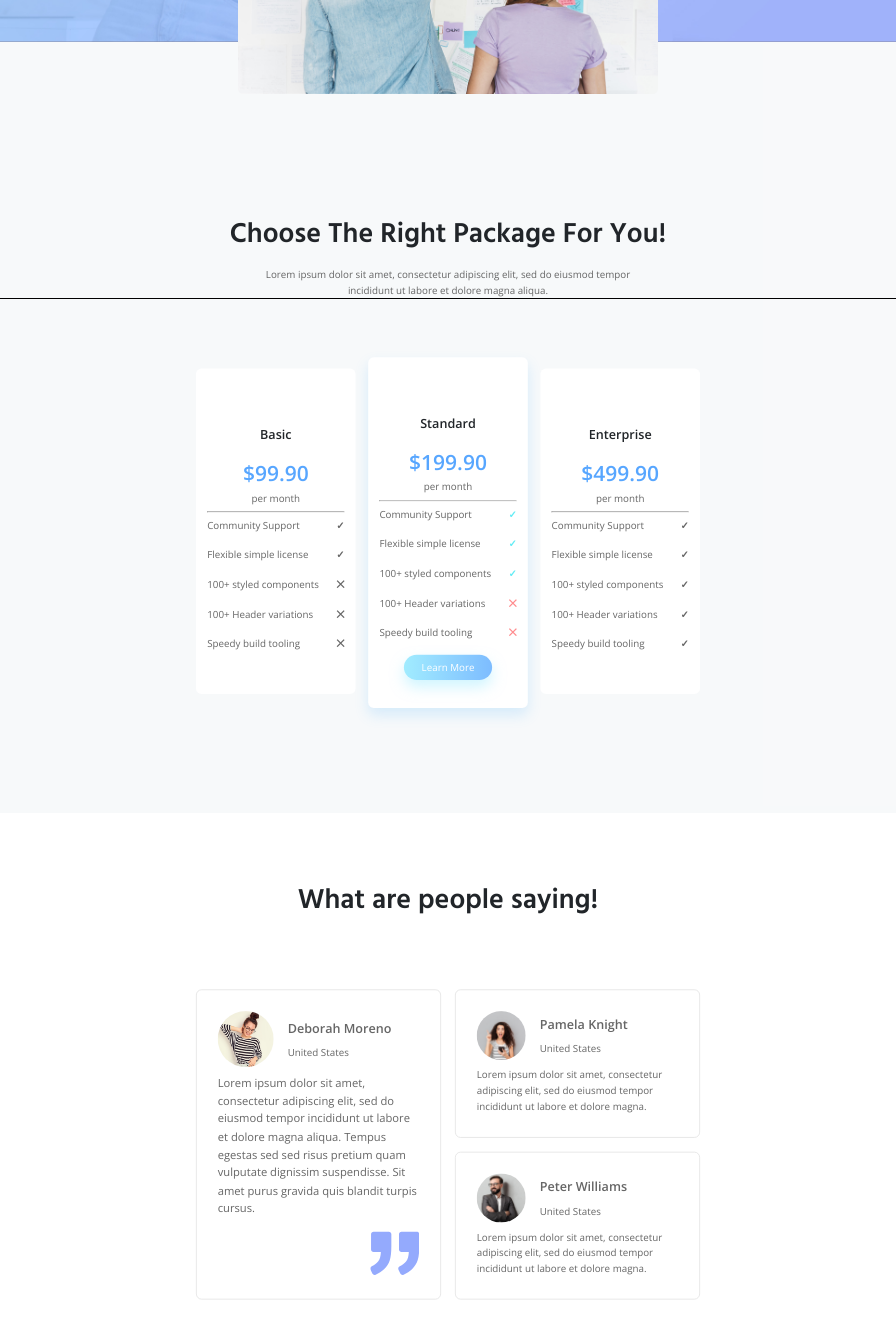
Repository: Sc-Juju/CodeRad
Page: index.html
These files come from the project's save history. The page is drawn as it stood at one moment and after the next save; the edit follows.
The browser window is 1280 px wide. The pictures show the part of the page from y = 2479 to 4399 px (the page is 5186 px tall), at 70% of full size.
Some web libraries are served in a nearby version.

Above is the page before, as saved 2022-11-28 19:58:21.

### index.html
<!DOCTYPE html>
<html>
	<head>
		<meta charset="utf-8" />
		<meta http-equiv="X-UA-Compatible" content="IE=edge" />
		<title>CodeRad</title>
		<meta name="description" content="" />
		<meta name="viewport" content="width=device-width, initial-scale=1" />

		<script
			src="https://kit.fontawesome.com/020fb16134.js"
			crossorigin="anonymous"
		></script>

		<link
			href="https://fonts.googleapis.com/css2?family=Open+Sans:wght@300;400;600;700&display=swap"
			rel="stylesheet"
		/>
		<link
			href="https://fonts.googleapis.com/css2?family=Hind:wght@300;400;500;600;700&display=swap"
			rel="stylesheet"
		/>

		<link rel="stylesheet" href="./css/default.css" />
		<link rel="stylesheet" href="./css/styles.css" />
		<link rel="stylesheet" href="./css/responsive.css" />
	</head>
	<body>
		<div id="pageTop"></div>
		<nav class="navbar nav">
			<div class="container">
				<button
					class="navbar-toggler"
					aria-expanded="false"
					aria-controls="navbarDropdown"
				>
					<span>&#9776;</span>
				</button>
				<a class="navbar-brand" href="index.html">CodeRad</a>
				<ul class="navbar-nav">
					<li class="nav-link">
						<a href="#">Home</a>
					</li>

					<li class="nav-link">
						<a href="#">Blog</a>
					</li>
					<li class="nav-link">
						<a href="#">Portfolio</a>
					</li>
					<li class="nav-link">
						<a href="#">Contact</a>
					</li>
				</ul>
			</div>
		</nav>

		<header class="bg-header">
			<div class="container">
				<div class="hero-wrapper">
					<h2 class="hero-header">
						Young in our spirits and <br />
						modern look.
					</h2>
					<a class="btn btn-white" href="#">Learn more</a>
				</div>
			</div>
		</header>
		<!--Why me-->
		<section>
			<div class="container why-me-wrapper">
				<div class="block-text">
					<span>Why choose me</span>
					<h2>
						Meeting Your Needs <br />
						In Website Building
					</h2>
					<p>
						Lorem ipsum dolor sit amet, consectetur adipiscing elit,
						sed do eiusmod tempor incididunt ut labore et dolore
						magna aliqua.
					</p>
					<a href="" class="btn btn-primary">Learn More</a>
				</div>
				<div>
					<img src="./CodeRad-assets/image2.svg" alt="Icon Chart" />
				</div>
			</div>
		</section>
		<!--Services-->
		<section class="bg-contrast">
			<div class="container service-grid">
				<div class="service-card">
					<span class="bg-color-1"></span>
					<div>
						<h3>Branding</h3>
						<p>
							Lorem ipsum dolor sit amet, consectetur adipiscing
							elit, sed do eiusmod tempor incididunt ut labore et
							dolore magna aliqua. Ut morbi tincidunt augue
							interdum velit euismod in pellentesque. Congue
							mauris rhoncus aenean vel.
						</p>
					</div>
				</div>
				<div class="service-card">
					<span class="bg-color-2"></span>
					<div>
						<h3>Design & UX</h3>
						<p>
							Lorem ipsum dolor sit amet, consectetur adipiscing
							elit, sed do eiusmod tempor incididunt ut labore et
							dolore magna aliqua. Ut morbi tincidunt augue
							interdum velit euismod in pellentesque. Congue
							mauris rhoncus aenean vel.
						</p>
					</div>
				</div>
				<div class="service-card">
					<span class="bg-color-3"></span>
					<div>
						<h3>Development</h3>
						<p>
							Lorem ipsum dolor sit amet, consectetur adipiscing
							elit, sed do eiusmod tempor incididunt ut labore et
							dolore magna aliqua. Ut morbi tincidunt augue
							interdum velit euismod in pellentesque. Congue
							mauris rhoncus aenean vel.
						</p>
					</div>
				</div>
				<div class="service-card">
					<span class="bg-color-4"></span>
					<div>
						<h3>User analysis</h3>
						<p>
							Lorem ipsum dolor sit amet, consectetur adipiscing
							elit, sed do eiusmod tempor incididunt ut labore et
							dolore magna aliqua. Ut morbi tincidunt augue
							interdum velit euismod in pellentesque. Congue
							mauris rhoncus aenean vel.
						</p>
					</div>
				</div>
				<div class="service-card">
					<span class="bg-color-5"></span>
					<div>
						<h3>UX Research</h3>
						<p>
							Lorem ipsum dolor sit amet, consectetur adipiscing
							elit, sed do eiusmod tempor incididunt ut labore et
							dolore magna aliqua. Ut morbi tincidunt augue
							interdum velit euismod in pellentesque. Congue
							mauris rhoncus aenean vel.
						</p>
					</div>
				</div>
				<div class="service-card">
					<span class="bg-color-6"></span>
					<div>
						<h3>SEO Service</h3>
						<p>
							Lorem ipsum dolor sit amet, consectetur adipiscing
							elit, sed do eiusmod tempor incididunt ut labore et
							dolore magna aliqua. Ut morbi tincidunt augue
							interdum velit euismod in pellentesque. Congue
							mauris rhoncus aenean vel.
						</p>
					</div>
				</div>
			</div>
		</section>

		<!--Video Demo-->
		<section class="video-demo">
			<div class="container">
				<div class="block-text">
					<h2>Telling Our Story</h2>
					<p>
						Lorem ipsum dolor sit amet, consectetur adipiscing elit,
						sed do eiusmod tempor <br />
						incididunt ut labore et dolore magna aliqua.
					</p>
				</div>
				<div class="video-box">
					<a href="#" class="video-btn">
						<img
							src="./CodeRad-assets/play.svg"
							alt="Play Video Button"
						/>
					</a>
					<img
						src="./CodeRad-assets/demo-video-thumbnail.jpg"
						alt="Video thumbnail"
					/>
				</div>
			</div>
		</section>

		<!--Pricing plans-->
		<section class="bg-contrast">
			<div class="block-text pricing-header">
				<h2>Choose The Right Package For You!</h2>
				<p>
					Lorem ipsum dolor sit amet, consectetur adipiscing elit, sed
					do eiusmod tempor <br />
					incididunt ut labore et dolore magna aliqua.
				</p>
			</div>
			<div class="pricing-table">
				<div class="price-card">
					<h3>Basic</h3>
					<div class="price">$99.90</div>
					<div class="billed">per month</div>
					<hr />
					<ul>
						<li>
							<span class="title">Community Support</span>
							<span class="icon">&#10003;</span>
						</li>
						<li>
							<span class="title">Flexible simple license</span>
							<span class="icon">&#10003;</span>
						</li>
						<li>
							<span class="title">100+ styled components</span>
							<span class="icon">&#10761;</span>
						</li>
						<li>
							<span class="title">100+ Header variations</span>
							<span class="icon">&#10761;</span>
						</li>
						<li>
							<span class="title">Speedy build tooling</span>
							<span class="icon">&#10761;</span>
						</li>
					</ul>
				</div>

				<div class="price-card featured">
					<h3>Standard</h3>
					<div class="price">$199.90</div>
					<div class="billed">per month</div>
					<hr />
					<ul>
						<li>
							<span class="title">Community Support</span>
							<span class="icon checked">&#10003;</span>
						</li>
						<li>
							<span class="title">Flexible simple license</span>
							<span class="icon checked">&#10003;</span>
						</li>
						<li>
							<span class="title">100+ styled components</span>
							<span class="icon checked">&#10003;</span>
						</li>
						<li>
							<span class="title">100+ Header variations</span>
							<span class="icon times">&#10761;</span>
						</li>
						<li>
							<span class="title">Speedy build tooling</span>
							<span class="icon times">&#10761;</span>
						</li>
					</ul>
					<div class="plan-btn-wrapper">
						<a href="" class="btn btn-primary">Learn More</a>
					</div>
				</div>

				<div class="price-card">
					<h3>Enterprise</h3>
					<div class="price">$499.90</div>
					<div class="billed">per month</div>
					<hr />
					<ul>
						<li>
							<span class="title">Community Support</span>
							<span class="icon">&#10003;</span>
						</li>
						<li>
							<span class="title">Flexible simple license</span>
							<span class="icon">&#10003;</span>
						</li>
						<li>
							<span class="title">100+ styled components</span>
							<span class="icon">&#10003;</span>
						</li>
						<li>
							<span class="title">100+ Header variations</span>
							<span class="icon">&#10003;</span>
						</li>
						<li>
							<span class="title">Speedy build tooling</span>
							<span class="icon">&#10003;</span>
						</li>
					</ul>
				</div>
			</div>
		</section>

		<!--Testimonials-->
		<section class="testimonials">
			<div class="block-text">
				<h2>What are people saying!</h2>
			</div>
			<div class="testimonial-grid">
				<div class="testimonial-card lg">
					<div class="top">
						<img
							src="./CodeRad-assets/1.png"
							alt=""
							class="profile"
						/>
						<div class="top-info">
							<h4>Deborah Moreno</h4>
							<span>United States</span>
						</div>
					</div>
					<div class="bottom">
						<p>
							Lorem ipsum dolor sit amet, consectetur adipiscing
							elit, sed do eiusmod tempor incididunt ut labore et
							dolore magna aliqua. Tempus egestas sed sed risus
							pretium quam vulputate dignissim suspendisse. Sit
							amet purus gravida quis blandit turpis cursus.
						</p>
						<span>
							<img
								src="./CodeRad-assets/quote-colored.svg"
								alt="quote"
								class="quote"
							/>
						</span>
					</div>
				</div>

				<div class="testimonial-card md">
					<div class="top">
						<img
							src="./CodeRad-assets/2.png"
							alt=""
							class="profile"
						/>
						<div class="top-info">
							<h4>Pamela Knight</h4>
							<span>United States</span>
						</div>
					</div>
					<div class="bottom">
						<p>
							Lorem ipsum dolor sit amet, consectetur adipiscing
							elit, sed do eiusmod tempor incididunt ut labore et
							dolore magna.
						</p>
					</div>
				</div>

				<div class="testimonial-card md">
					<div class="top">
						<img
							src="./CodeRad-assets/3.png"
							alt=""
							class="profile"
						/>
						<div class="top-info">
							<h4>Peter Williams</h4>
							<span>United States</span>
						</div>
					</div>
					<div class="bottom">
						<p>
							Lorem ipsum dolor sit amet, consectetur adipiscing
							elit, sed do eiusmod tempor incididunt ut labore et
							dolore magna.
						</p>
					</div>
				</div>
			</div>
		</section>
		<!--Footer-->
		<footer class="bg-footer">
			<div class="container">
				<section class="footer-top">
					<div class="footer-col">
						<h5>Need Help?</h5>
						<div class="contact-info">
							<ul>
								<li>
									<i class="fa-solid fa-location-dot"></i>
									123 Address here
								</li>
								<li>
									<i class="fa-solid fa-phone"></i>
									(915)-123-4567
								</li>
								<li>
									<i
										class="fa-solid fa-mobile-screen-button"
									></i>
									(915)-123-4567
								</li>
								<li>
									<i class="fa-solid fa-envelope"></i>
									Contact@coderad.com
								</li>
							</ul>
						</div>
						<div class="social-icons">
							<ul>
								<li>
									<a href=""
										><i class="fa-brands fa-facebook-f"></i
									></a>
								</li>
								<li>
									<a href=""
										><i class="fa-brands fa-instagram"></i
									></a>
								</li>
								<li>
									<a href=""
										><i class="fa-brands fa-twitter"></i
									></a>
								</li>
								<li>
									<a href=""
										><i
											class="fa-brands fa-reddit-alien"
										></i
									></a>
								</li>
							</ul>
						</div>
					</div>
					<div class="footer-col">
						<h5>Services</h5>
						<div class="services-wrapper">
							<h5>Mobile Apps</h5>
							<p>
								Lorem ipsum dolor sit amet, consectetur
								adipiscing elit, sed do eiusmod tempor
								incididunt ut labore et dolore magna aliqua.
							</p>
						</div>
						<div class="services-wrapper">
							<h5>Brand Identity</h5>
							<p>
								Lorem ipsum dolor sit amet, consectetur
								adipiscing elit, sed do eiusmod tempor
								incididunt ut labore et dolore magna aliqua.
							</p>
						</div>
						<div class="services-wrapper">
							<h5>Social Media</h5>
							<p>
								Lorem ipsum dolor sit amet, consectetur
								adipiscing elit, sed do eiusmod tempor
								incididunt ut labore et dolore magna aliqua.
							</p>
						</div>
					</div>
					<div class="footer-col">
						<h5>Recent Posts</h5>
						<div class="recent-posts">
							<div class="post-img-wrapper">
								<img
									src="./CodeRad-assets/blog1.jpg"
									alt="blog1"
								/>
							</div>
							<div class="post-inner">
								<h6>
									<a href=""
										>Lorem ipsum dolor sit amet, consectetur
										adipiscing elit, sed do eiusmod tempor
										incididunt ut labore et dolore magna
										aliqua.</a
									>
								</h6>
								<h6>November 16th 2022</h6>
							</div>
						</div>
						<div class="recent-posts">
							<div class="post-img-wrapper">
								<img
									src="./CodeRad-assets/blog2.jpg"
									alt="blog2"
								/>
							</div>
							<div class="post-inner">
								<h6>
									<a href=""
										>Lorem ipsum dolor sit amet, consectetur
										adipiscing elit, sed do eiusmod tempor
										incididunt ut labore et dolore magna
										aliqua.</a
									>
								</h6>
								<h6>November 18th 2022</h6>
							</div>
						</div>
					</div>
				</section>
				<section class="footer-bottom">
					<div class="footer-bottom-wrapper">
						<div class="copyright">
							<p>Copy right @ 2022 CodeRad Creations</p>
						</div>
						<div class="footer-bottom-links">
							<ul>
								<li><a href="">About</a></li>
								<li><a href="">Services</a></li>
								<li><a href="">Team</a></li>
								<li><a href="">Contact</a></li>
								<li><a href="">Blog</a></li>
							</ul>
						</div>
					</div>
				</section>
			</div>
		</footer>

		<a id="scrollUp" href="#pageTop">
			<i class="fa-solid fa-arrow-up"></i>
		</a>
	</body>
</html>

### css/styles.css
.navbar{
    position: fixed;
    top: 0;
    right: 0;
    left: 0;
    z-index: 200;
    transition: ease-in-out .3s;
}
[aria-controls="navbarDropdown"]{
    display:none;
}
.navbar-nav{
    display: flex;
    align-items: center;
}
.navbar .container{
    display: flex;
    align-items: center;
}
.navbar-brand{
    margin-right:auto;
    font-size: 2rem;
    font-weight: 700;
    width: 100%;
    transition: ease-in-out .3s;
    color: var(--white);

}
.bg-header,
.video-demo{
    background-color: var(--footer);
    background-repeat: no-repeat;
    background-size: cover;
    background-position:50% 20%;
    position: relative;
    z-index: 1;
    padding: 4.6875rem 0;
}
.bg-header{
    background-image: url(../CodeRad-assets/bg-header-1.jpg);
    padding: var(--size-150) 0;
}
.video-demo{background-image: url(../CodeRad-assets/bg-demo.jpg);}
.bg-header::before{
    background-image: linear-gradient(30deg,
    rgba(21,27,38, .8)0%,
    rgba(0,0,0,.2)100%);
    position: absolute;
    content:"";
    top: 0;
    left: 0;
    right: 0;
    bottom: 0;
    width: 100%;
    height: 100%;
    z-index: -1;
}
.nav-link a{
    color: var(--white);
    font-size: .8125rem;
    font-weight: 600;
    font-family: "Hind", sans-serif;
    text-transform: uppercase;
    margin-right: 2.5rem;
    line-height: 1.25rem;
}
.hero-header{
    color: var(--white);
}
.why-me-wrapper{
    display: flex;
    align-items: center;
}
.why-me-wrapper div{
    flex: 1;
}

.why-me-wrapper .block-text{
    padding-right: var(--size-50);
    max-width: 35rem;
}

.block-text span{
    color: var(--font-color-dark);
    font-weight: 300;
}
.block-text h2{
    font-size: var(--size-40);
    font-family: "Hind", sans-serif;
    font-weight: 600;
    color: var(--font-color-dark);
    margin-bottom: var(--size-20);
    line-height: 1.3;
    margin-top: 0.5rem;
}
.bg-contrast{
    background-color: var(--contrast);
    padding: var(--size-150) 0;
    margin: 0 auto;
}
.service-grid{
    display: grid;
    grid-template-columns: repeat(auto-fit,minmax(300px, 1fr));
    gap: var(--size-20);
}
.service-card{
    padding: var(--size-30);
    box-shadow: 0 0 10px rgba(48, 63, 100, .15);
    background: white;
    border-radius: 8px;
}
.service-card span{
    width:4.375rem;
    height: 4.375rem;
    background: green;
    display: block;
    float: left;
    margin-right: 15px;
    border-radius: 50%;
    background: var(--font-color-light);
}
span.bg-color-1 {background-image: linear-gradient(90deg, #9ccdf3 0%, #94aafd 100%);}
span.bg-color-2 {background-image: linear-gradient(90deg, #55edc0 0%, #4bdbdb 100%);}
span.bg-color-3 {background-image: linear-gradient(90deg, #fda498 0%, #f58b9e 100%);}
span.bg-color-4 {background-image: linear-gradient(90deg, #f2a7ca 0%, #c289f4 100%);}
span.bg-color-5 {background-image: linear-gradient(90deg, #ffc187 0%, #fe93a7 100%);}
span.bg-color-6 {background-image: linear-gradient(90deg, #a1ecff 0%, #7dbcff 100%);}

.video-demo{text-align: center;}
.video-demo .block-text{padding-right: 0;}

.video-demo .block-text h2,
.video-demo .block-text p{
    color: var(--white);
    margin: var(--size-50) 0;
}

.video-btn{
    position: absolute;
    top: 50%;
    left: 50%;
    transform: translate(-50%, -50%);
    box-shadow: 0 10px 20px rgba(57, 166, 251, .3);
}
.video-btn img{
    height: var(--size-100);
    width: var(--size-100);
}
.video-box{
    position: relative;
    margin-bottom: -9.375rem;
    z-index: 100;
}
.video-box > img{
    max-width: 600px;
    border-radius: 8px;
}
.block-text.pricing-header{
    text-align: center;
    padding-right: 0;
    margin: var(--size-100) 0;
}
.pricing-table{
    display: grid;
    grid-template-columns: repeat(auto-fit, minmax(215px, 1fr));
    gap: var(--size-18);
    margin: auto;
    align-items: flex-start;
}
.price-card{
    background-color:var(--white);
    border-radius: 8px;
    padding: var(--size-40) var(--size-16);
}
.price-card .checked{color: var(--success);}
.price-card .times{color: var(--danger);}

.price-card.featured{
    box-shadow: 0 10px 20px rgba(82,179,255,.2);
    margin-top: -1rem;
}
.price-card h3{
    margin-top: var(--size-40);
    font-size: var(--size-18);
    color: var(--font-color-dark);
    font-weight: 600;
}
.plan-card hr{margin: 2rem 0 1rem;}
.price{
    color: var(--font-color-link);
    font-size: var(--size-30);
    font-weight: 600;
}
.price-card h3,
.price-card .price,
.price-card .billed{text-align: center;}

.price-card li{margin-bottom: var(--size-20);}
.price-card .icon{
    float: right;
    font-weight:600;
}
.plan-btn-wrapper{text-align: center;}

.testimonials{ margin: var(--size-100) 0;}

.testimonial-grid{
    display: grid;
    grid-template-columns: repeat(auto-fit, minmax(300px, 1fr));
    grid-template-rows: 1fr 1fr;
    gap: var(--size-20);
    margin: 0 auto;
}

.testimonials .block-text{
    padding-right: 0;
    text-align: center;
    margin: var(--size-100) 0;
}

.testimonial-card{
    border: 1px solid #dedede;
    border-radius: 8px;
    padding: var(--size-30);
}

.testimonial-card.lg{
    grid-row: 1 / 3;
    grid-column: 1 / 2;
}

.testimonial-card.lg .quote{
    width: 4.375rem;
    float: right;
    margin-top: var(--size-16);
}

.testimonial-card.md .bottom p{ font-size: var(--size-14);}

.testimonial-card .top{
    display:flex;
    align-items: center;
    padding-bottom: var(--size-10);
}

.testimonial-card img.profile{
    width: 4.375rem;
    border-radius: 50%;
    margin-right: var(--size-20);
}

.testimonial-card.lg img.profile{ width: 5rem;}

.top h4{
    margin-top: 0;
    margin-bottom: var(--size-10);
    font-weight: 600;
    font-size: var(--size-18);
}

.bottom p{
    margin: 0;
    font-size: var(--size-16);
    line-height: 1.6;
}

footer.bg-footer{ background-color: var(--footer);}
footer .footer-bottom{ background-color: var(--footer-base);}

footer .footer-top {
    display: grid;
    grid-template-columns: repeat( auto-fit, minmax(250px, 1fr));
    gap: var(--size-50);
    padding: var(--size-100) 0;
}

footer .footer-col{justify-self: center;}

.footer-top h5{
    color: var(--white);
    font-weight: 500;
    margin-bottom: var(--size-16);
}

.contact-info li{
    color: var(--white);
    margin-bottom: var(--size-10);
}

.contact-info li i{ width: var(--size-30);}

.social-icons ul li {
    display: inline-block;
    margin-right: var(--size-16);
}

.social-icons ul li a{
    color: var(--white);
    font-size: var(--size-16);
}

.services-wrapper p { color: #858497;}

.recent-posts{
    display: flex;
    margin-bottom: var(--size-16);
}

.recent-posts .post-img-wrapper{
    width: var(--size-100);
    margin-right: var(--size-10);
}

.post-inner h6{ margin: 0; }

.post-inner h6 a{
    color: var(--white);
    font-weight: 600;
}

.post-inner span{
    color: var(--font-color-light);
    font-size: var(--size-10);
}

.footer-bottom-wrapper{
    display: flex;
    justify-content:space-around;
    margin: 0 auto;
    flex-wrap: wrap;
}

.footer-bottom{ padding: var(--size-16) 0; }

.copyright p{ color: var(--font-color-light); }

.footer-bottom-links ul li{
    display: inline-block;
    margin-right: var(--size-10);
}

.footer-bottom-links ul li a{ color: var(--white); }

#scrollUp{
    background-color: transparent;
    background-image: linear-gradient(90deg, #9ccdfe 0%, #94aafd 100%);
    color: var(--white);
    font-size: var(--size-20);
    height: var(--size-50);
    width: var(--size-50);
    line-height: var(--size-50);
    position: fixed;
    bottom: var(--size-30);
    right: var(--size-30);
    text-align: center;
    border-radius: 8px;
    cursor: pointer;
    z-index: 100;
}

Loaded but not shown: css/default.css (113 lines, source omitted); css/responsive.css (no copy from this time; the picture is the same without it)

After the next save:
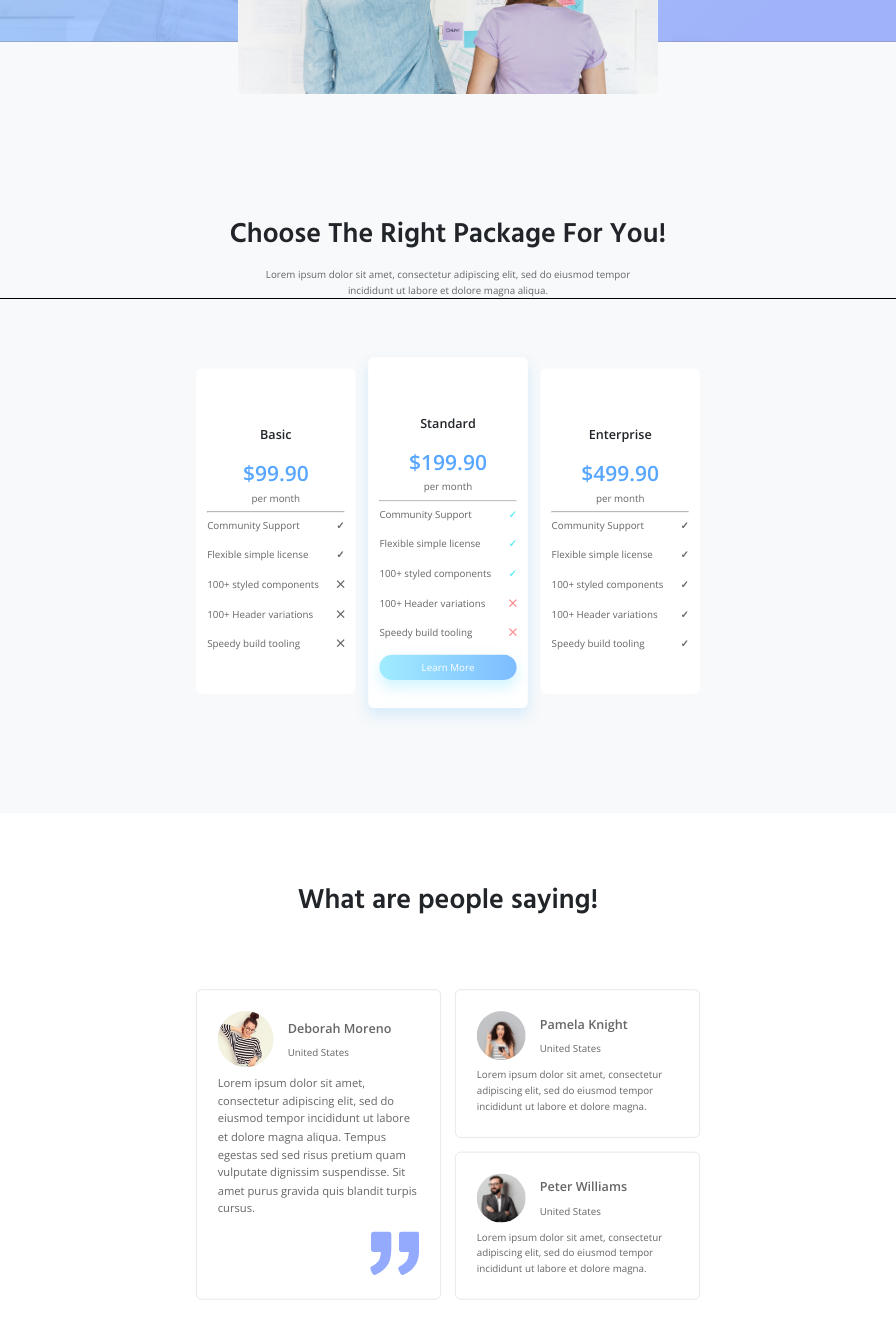
Saved 41 s later.
--- a/css/styles.css
+++ b/css/styles.css
@@ -201,6 +201,7 @@ span.bg-color-6 {background-image: linear-gradient(90deg, #a1ecff 0%, #7dbcff 10
     font-weight:600;
 }
 .plan-btn-wrapper{text-align: center;}
+.plan-btn-wrapper a{width: 100%;}
 
 .testimonials{ margin: var(--size-100) 0;}
 
